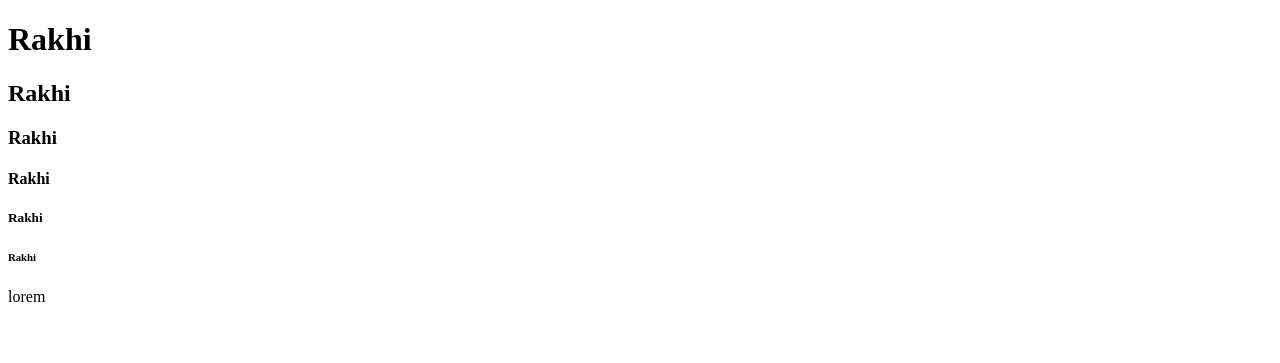
Repository: Ashishchakravartii/landingPage
Page: index.html
An editor plug-in stored every save of this project. The page is shown before and after the next save, followed by the edit.
The browser window is 1280 px wide. The pictures show the whole page.

Above is the page before, as saved 2024-07-24 12:07:17.

### index.html
<!DOCTYPE html>
<html lang="en">
<head>
    <meta charset="UTF-8">
    <meta name="viewport" content="width=device-width, initial-scale=1.0">
    <title>Document</title>
</head>
<body>

    <h1>Rakhi</h1>
    <h2>Rakhi</h2>
    <h3>Rakhi</h3>
    <h4>Rakhi</h4>
    <h5>Rakhi</h5>
    <h6>Rakhi</h6>

    <p>lorem</p>

</body>
</html>

After the next save:
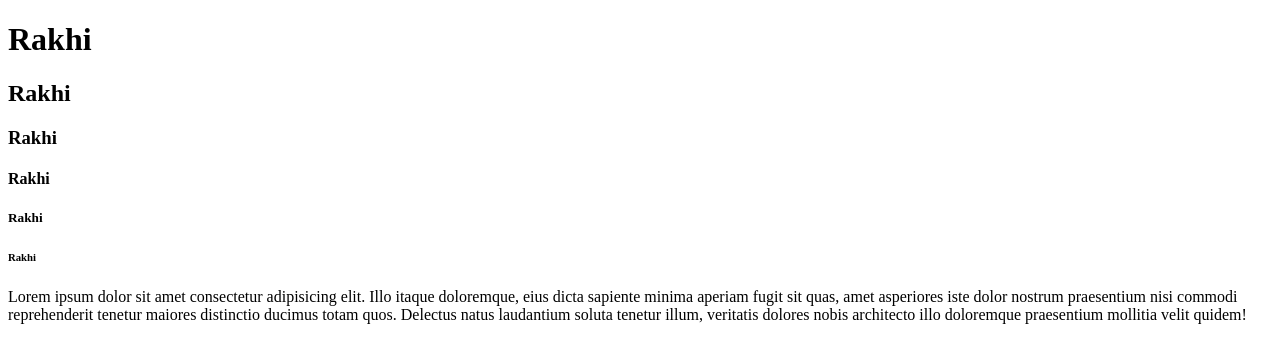
Saved 4 s later.
--- a/index.html
+++ b/index.html
@@ -14,7 +14,7 @@
     <h5>Rakhi</h5>
     <h6>Rakhi</h6>
 
-    <p>lorem</p>
+    <p>Lorem ipsum dolor sit amet consectetur adipisicing elit. Illo itaque doloremque, eius dicta sapiente minima aperiam fugit sit quas, amet asperiores iste dolor nostrum praesentium nisi commodi reprehenderit tenetur maiores distinctio ducimus totam quos. Delectus natus laudantium soluta tenetur illum, veritatis dolores nobis architecto illo doloremque praesentium mollitia velit quidem!</p>
 
 </body>
 </html>
